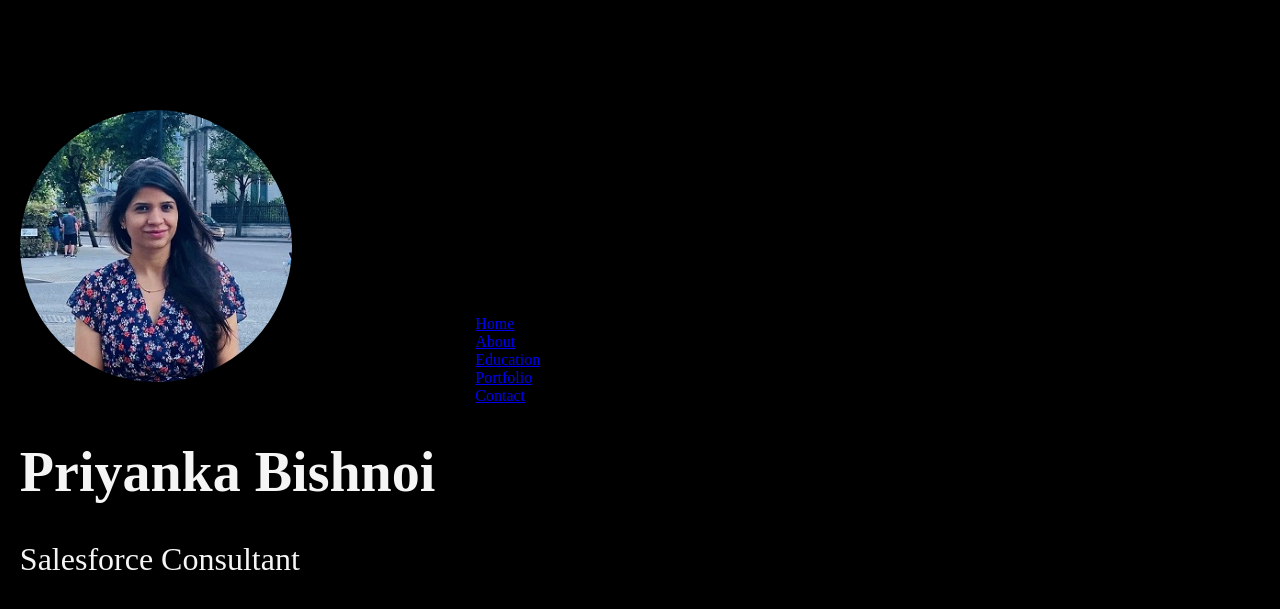
Repository: priyanka-bishnoi/PortfolioPage
Page: MyPage.html
The author's editor kept a copy of each file at every save. The page is drawn from the files as they stood at one save, then again after the next save.
The browser window is 1280 px wide. The pictures show the whole page.

Above is the page before, as saved 2022-10-07 00:29:34.

### MyPage.html
<!DOCTYPE html>
<html>
<head>
    <link rel="stylesheet" href="css/style.css">
<style>
body {
  background-color: black;
}
</style>
</head>
<body>
<header>
    <div class= "user">
        <img src="Background1.jpg"/>
        <h1 class="name" >Priyanka Bishnoi</h1>
        <p class="post" >Salesforce Consultant</p>
    </div>

    <nav class="navBar">
        <ul>
            <li> <a href="#home">Home</a></li>
            <li> <a href="#about">About</a></li>
            <li> <a href="#education">Education</a></li>
            <li> <a href="#portfolio">Portfolio</a></li>
            <li> <a href="#contact">Contact</a></li>

        </ul>


    </nav>


</header>
</body>
</html>

### css/style.css
header {
    position:fixed;
    top:0; left:0;
    z-index:1000;
    height:100%;
    width:35rem;
    background:black;
    display:flex;
    align-items:center;
    justify-content: center;
}
body{
    background: #111;
}
header .user img {
    height: 17rem;
    width: 17rem;
    border-radius: 50%;
    object-fit: cover;
    margin-bottom: 1rem;
    border: 0.7rem solid var(--yellow);
}
header .user .name{
    font-size:3.5rem;
    color:whitesmoke;
}
header .user .post{
    font-size:2rem;
    color:whitesmoke;
}

After the next save:
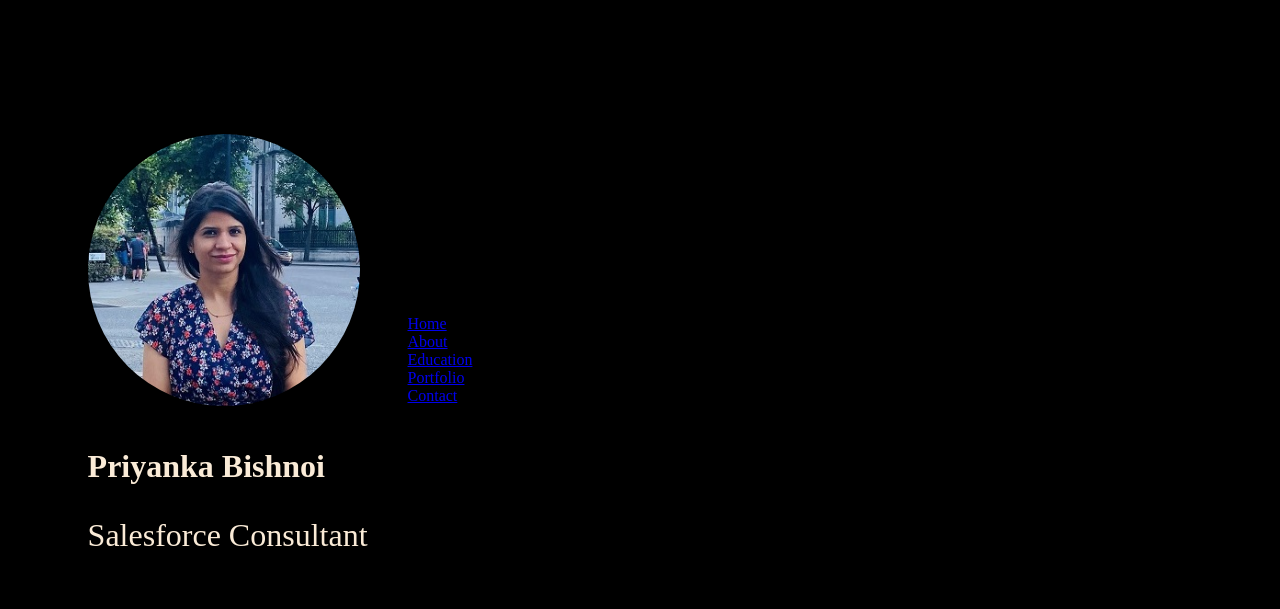
Saved 77 s later.
--- a/css/style.css
+++ b/css/style.css
@@ -20,11 +20,11 @@ header .user img {
     margin-bottom: 1rem;
     border: 0.7rem solid var(--yellow);
 }
-header .user .name{
-    font-size:3.5rem;
-    color:whitesmoke;
+header .user .name {
+    font-size: 2rem;
+    color: antiquewhite;
 }
 header .user .post{
-    font-size:2rem;
-    color:whitesmoke;
+    font-size: 2rem;
+    color: antiquewhite;
 }
